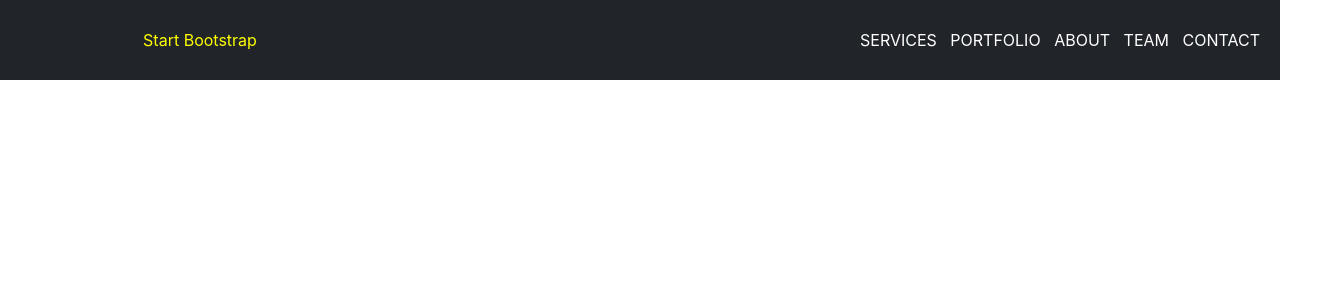
Repository: ooter37/media-queries-afternoon
Page: / (app in portfolio-clone/)
The author's editor kept a copy of each file at every save. The page is drawn from the files as they stood at one save, then again after the next save.
The browser window is 1280 px wide. The page is 1280 px wide, then 1329 px, then 1280 px, so the pictures cover 1329 px, including what lies to the right of the window. The pictures show the whole page.
The project was rebuilt for these pictures with package versions that can differ from the ones it lists, and the page was loaded fresh each time.

Above is the page before, as saved 2020-04-13 14:15:06.

After the next save:
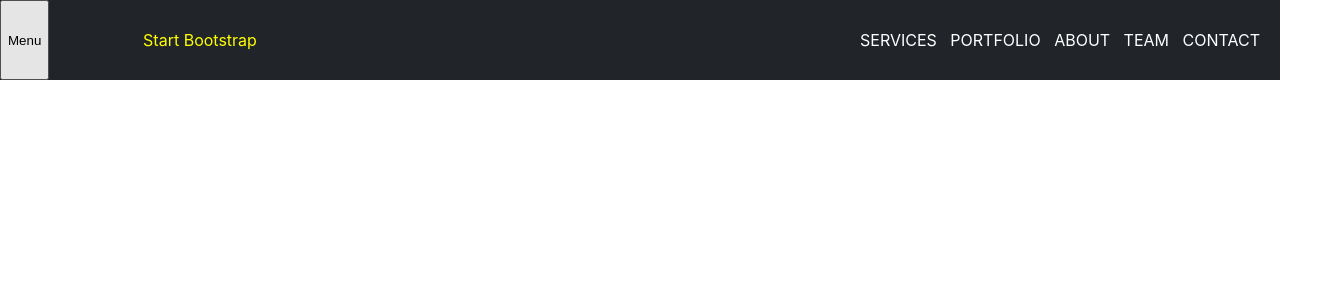
Saved 3 min 23 s later.
--- a/portfolio-clone/src/Components/Banner.js
+++ b/portfolio-clone/src/Components/Banner.js
@@ -21,6 +21,7 @@
     render() {
         return (
             <header className='header'>
+                <button onClick={() => this.toggleSidebar()}>Menu</button>
                 <nav className='navbar'>
                     <div className='start-bootstrap'>Start Bootstrap</div>
                     <div className='buttons-background'>

After the save that followed:
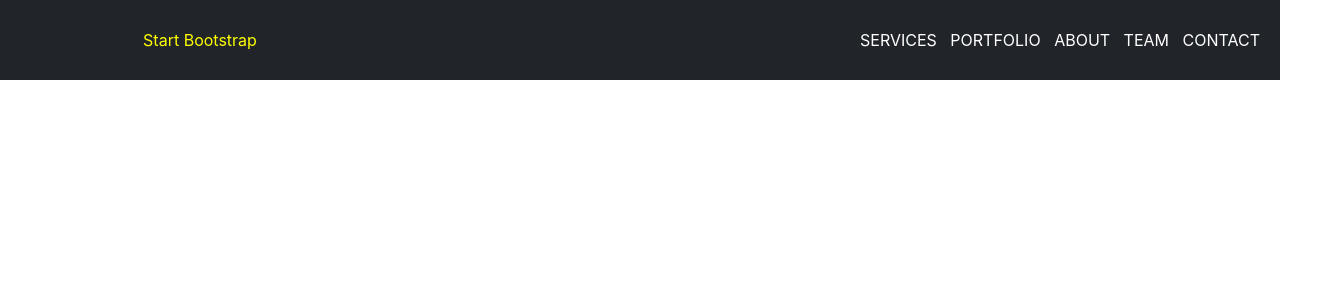
Saved 20 s later.
--- a/portfolio-clone/src/Components/Banner.js
+++ b/portfolio-clone/src/Components/Banner.js
@@ -21,7 +21,7 @@
     render() {
         return (
             <header className='header'>
-                <button onClick={() => this.toggleSidebar()}>Menu</button>
+
                 <nav className='navbar'>
                     <div className='start-bootstrap'>Start Bootstrap</div>
                     <div className='buttons-background'>
